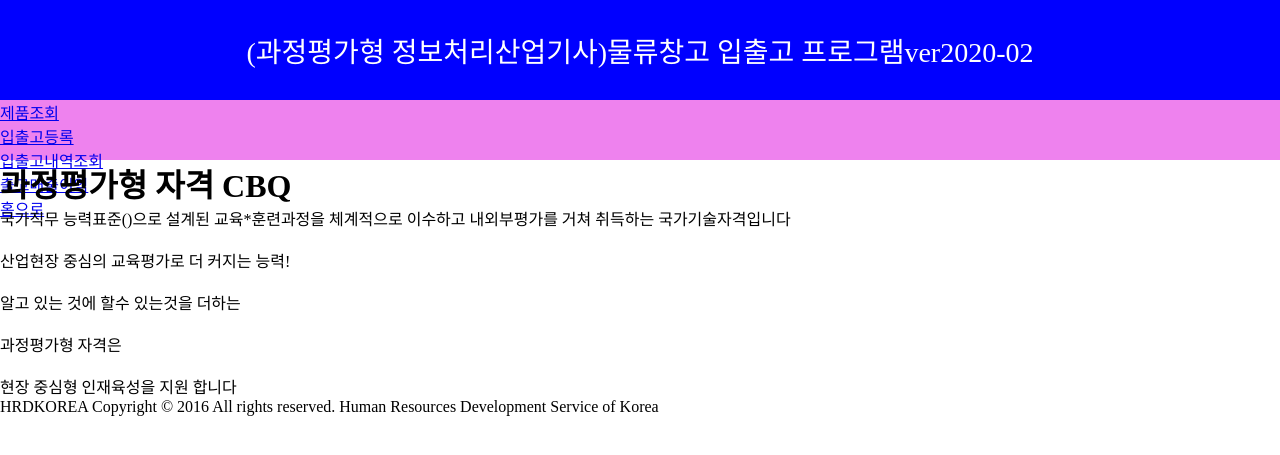
Repository: anakyn01/2_two
Page: http://localhost/cbq_1/two.jsp
An editor plug-in stored every save of this project. The page is shown before and after the next save, followed by the edit.
The browser window is 1280 px wide. The pictures show the whole page.
The page is served by Tomcat 9.

Above is the page before, as saved 2024-12-11 05:49:48.

After the next save:
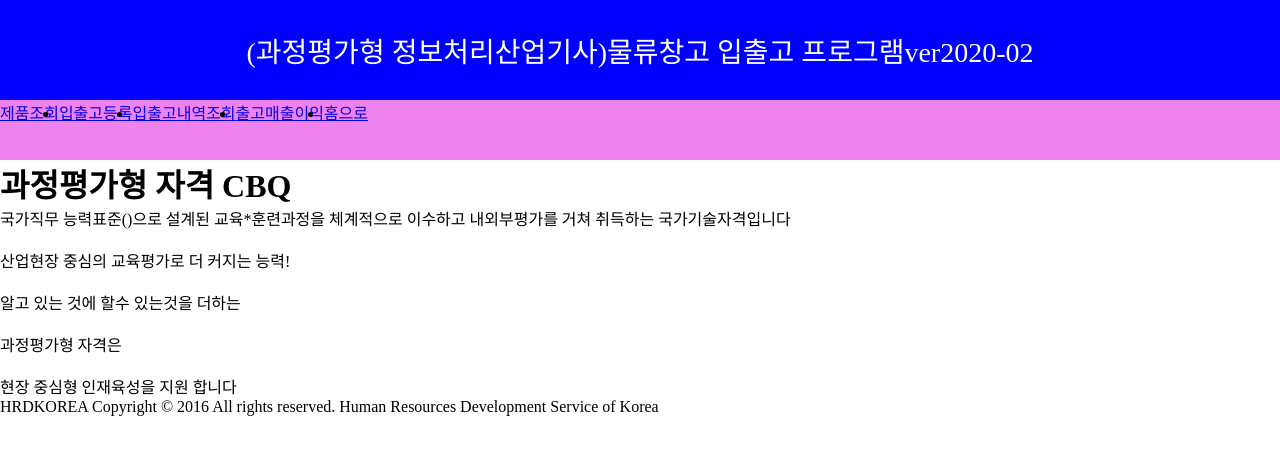
Saved 27 s later.
--- a/exam/cbq_1/src/main/webapp/css/style.css
+++ b/exam/cbq_1/src/main/webapp/css/style.css
@@ -12,5 +12,5 @@ nav{
 width:100%;	background-color:violet; height:60px; font-size:16px; height:60px;
 }
 .nav{
-width:100%;
+width:100%;	height:60px; display:flex; justify-content:flex-start;
 }
